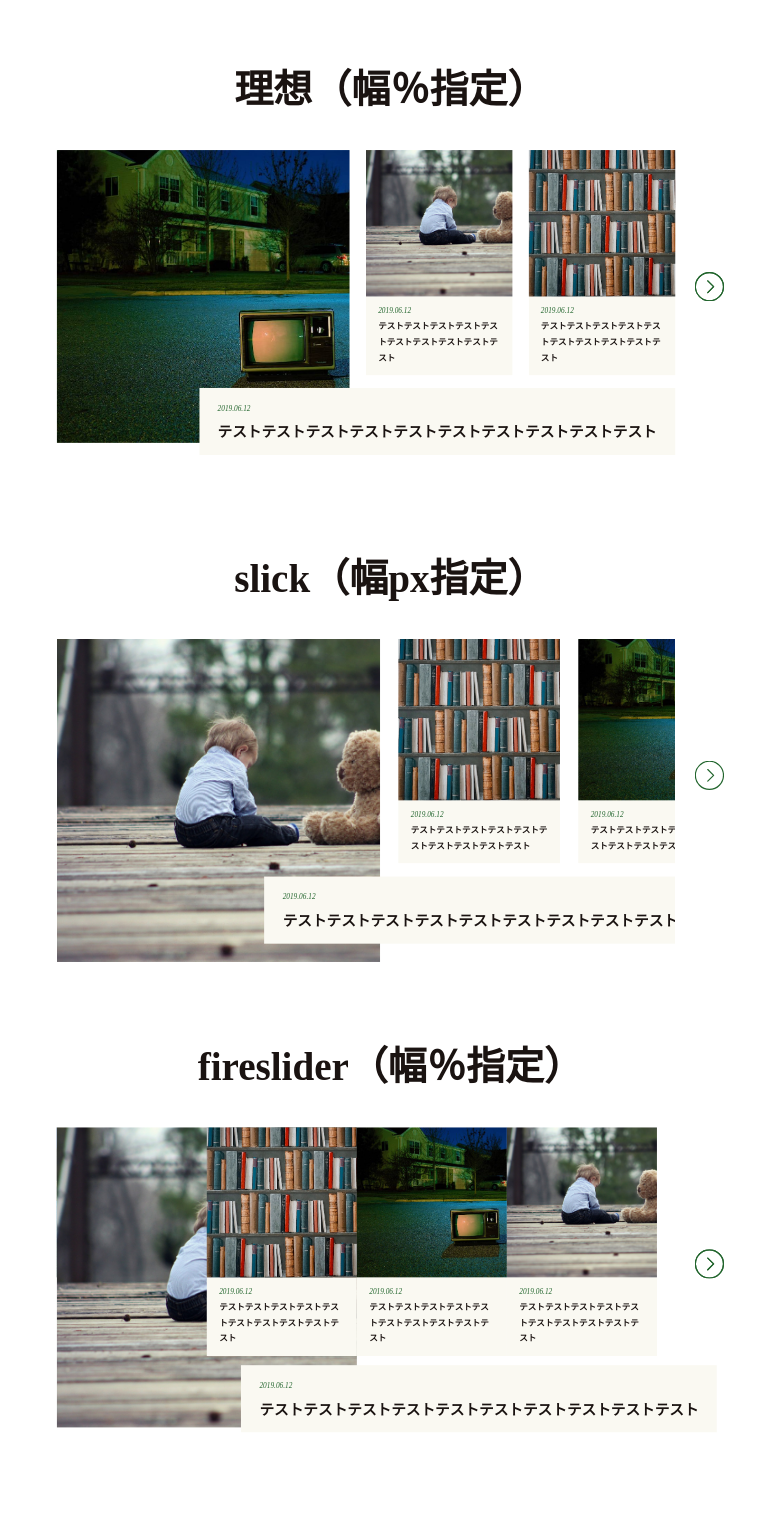
Repository: bbbbruno/slidertest
Page: index.html
The author's editor kept a copy of each file at every save. The page is drawn from the files as they stood at one save, then again after the next save.
The browser window is 1280 px wide. The pictures show the whole page, at 61% of full size.

Above is the page before, as saved 2019-07-26 13:03:13.

After the next save:
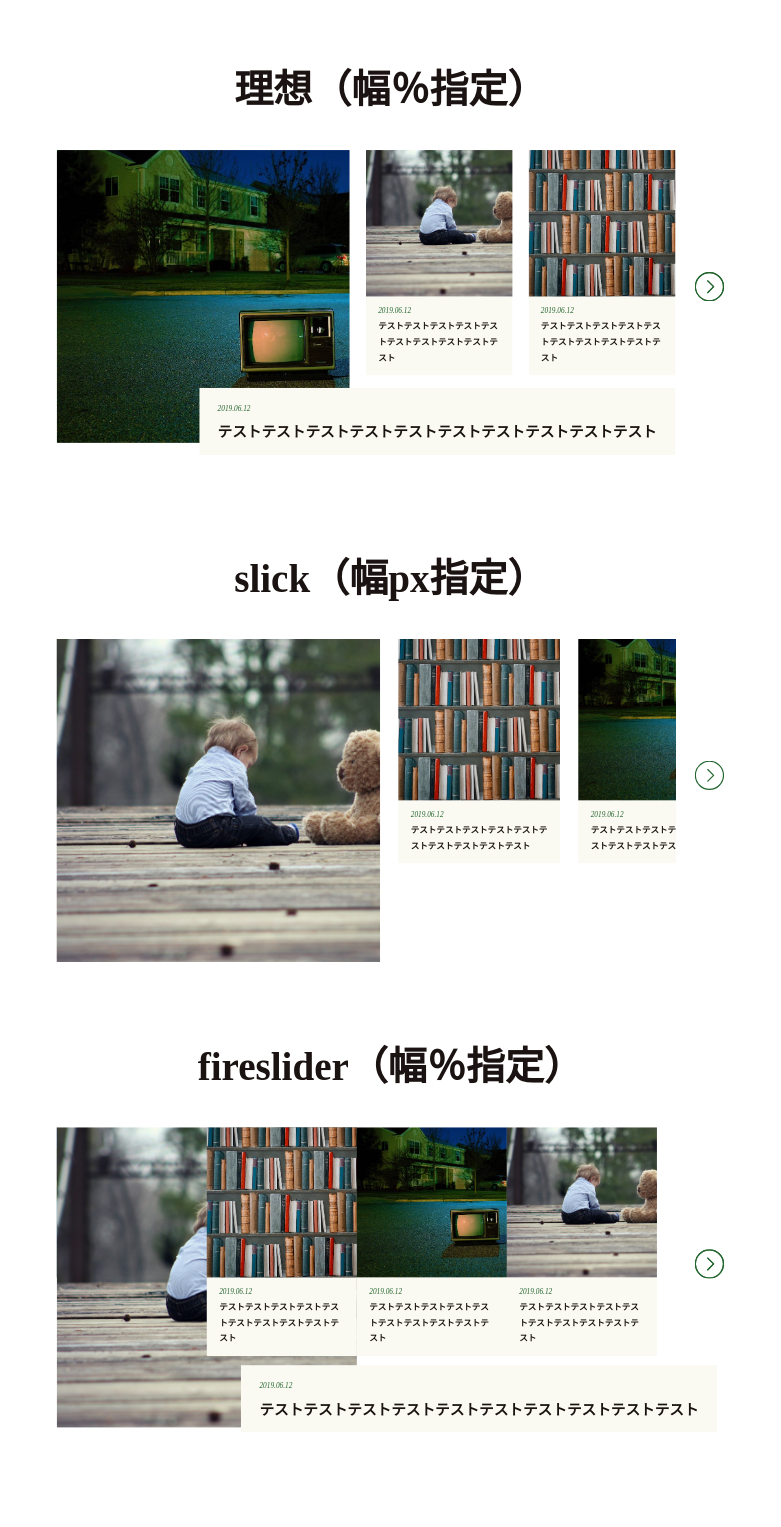
Saved 22 s later.
--- a/css/style.css
+++ b/css/style.css
@@ -162,13 +162,7 @@
   transition: all 0.2s ease;
 }
 
-#slide-list-slick .slide-item.slick-active .slide-txtbox {
-  position: absolute;
-  top: 390px;
-  right: -590px;
-  max-width: 800px;
-  padding: 20px 30px;
-}
+
 
 #slide-list-slick .slide-item.slick-active .slide-txtbox .slide-tit {
   font-size: 24px;

After the save that followed:
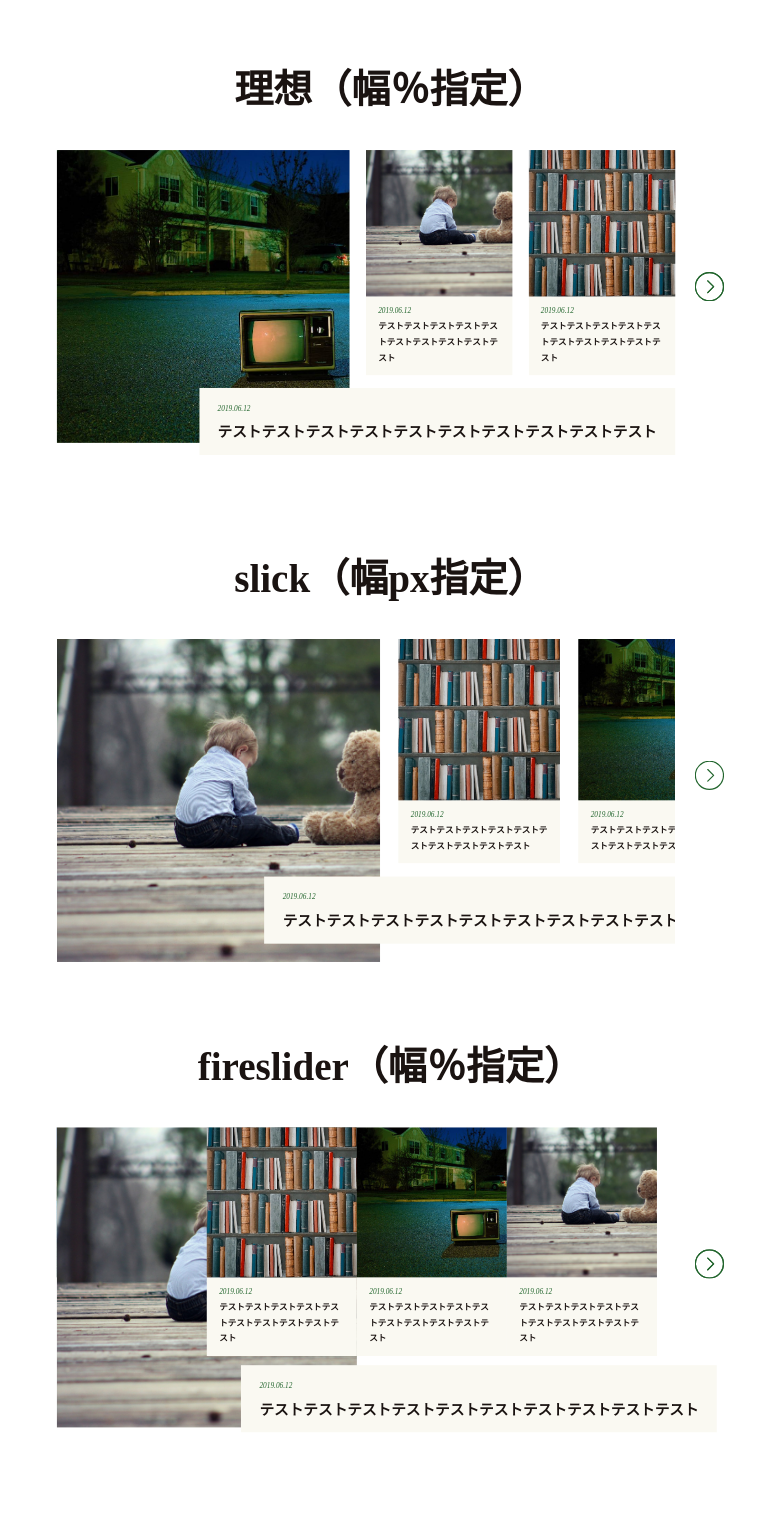
Saved 4 s later.
--- a/css/style.css
+++ b/css/style.css
@@ -162,7 +162,13 @@
   transition: all 0.2s ease;
 }
 
-
+#slide-list-slick .slide-item.slick-active .slide-txtbox {
+  position: absolute;
+  top: 390px;
+  right: -590px;
+  max-width: 800px;
+  padding: 20px 30px;
+}
 
 #slide-list-slick .slide-item.slick-active .slide-txtbox .slide-tit {
   font-size: 24px;
